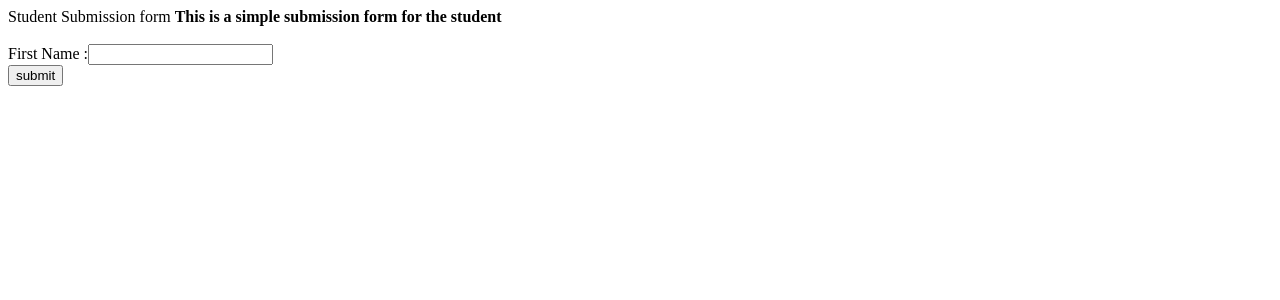
Repository: mdmyr/SpringFrameWorkout
Page: http://localhost/Spring-mvc-DropDownlist/WEB-INF/view/StudentValidationForm.jsp
These files come from the project's save history. The page is drawn as it stood at one moment and after the next save; the edit follows.
The browser window is 1280 px wide. The pictures show the whole page.
The page is served by Tomcat 9. Nobody is signed in. Other server files are loaded and not shown. The template is opened directly, without the code that normally fills it, so the values that code supplies are empty.

Above is the page before, as saved 2020-12-08 19:43:24.

### Spring-mvc-DropDownlist/WebContent/WEB-INF/view/StudentValidationForm.jsp
<%@ taglib prefix="form" uri="http://www.springframework.org/tags/form" %>
<html>
<head>Student Submission form</head>
<body>
<b> This is a simple submission form for the student</b>

<br>


<!-- This is the object needed to be created in the student class
1. class need to created "Student"
2. class needed to validate the Student Form - StudentValidation
 -->

 <form:form action="ProcessStudentform" modelAttribute="Student">
 <br>
 First Name :<form:input path="firstName"/><br>
<%--  Last Name  :<form:input path="Lastname"/><br> --%>
<%--  Location   :<form:input path="Location"/><br> --%>

 <input type="Submit" value = "submit">
</form:form>

</body>
</html>

After the next save:
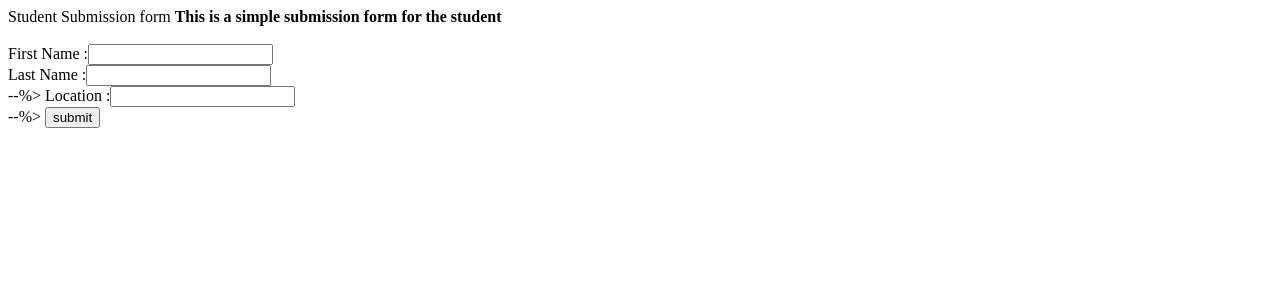
Saved 45 s later.
--- a/Spring-mvc-DropDownlist/WebContent/WEB-INF/view/StudentValidationForm.jsp
+++ b/Spring-mvc-DropDownlist/WebContent/WEB-INF/view/StudentValidationForm.jsp
@@ -15,8 +15,8 @@
  <form:form action="ProcessStudentform" modelAttribute="Student">
  <br>
  First Name :<form:input path="firstName"/><br>
-<%--  Last Name  :<form:input path="Lastname"/><br> --%>
-<%--  Location   :<form:input path="Location"/><br> --%>
+ Last Name  :<form:input path="lastName"/><br> --%>
+ Location   :<form:input path="location"/><br> --%>
 
  <input type="Submit" value = "submit">
 </form:form>
